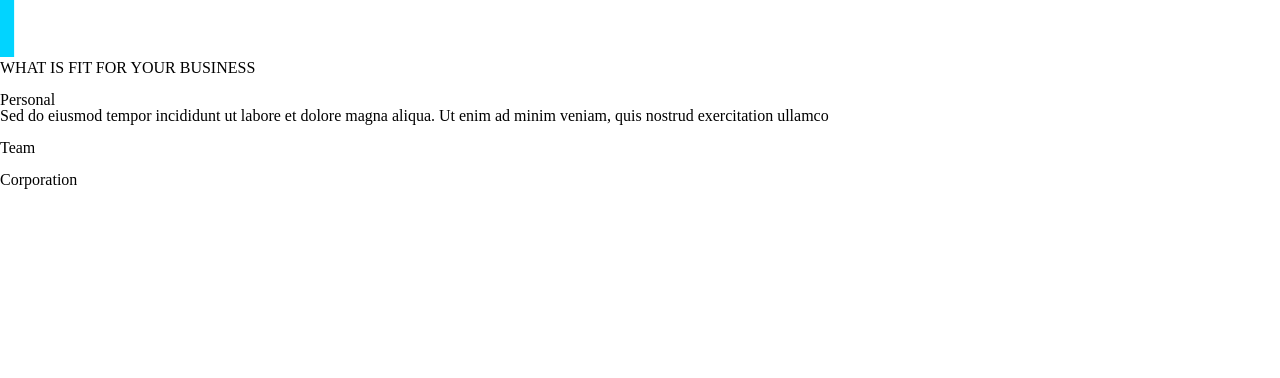
Repository: VetaWhale/team-site-test
Page: index.html
The author's editor kept a copy of each file at every save. The page is drawn from the files as they stood at one save, then again after the next save.
The browser window is 1280 px wide. The pictures show the whole page.
Some web fonts or font styles are not loaded; a fallback is used.

Above is the page before, as saved 2023-04-24 10:33:00.

After the next save:
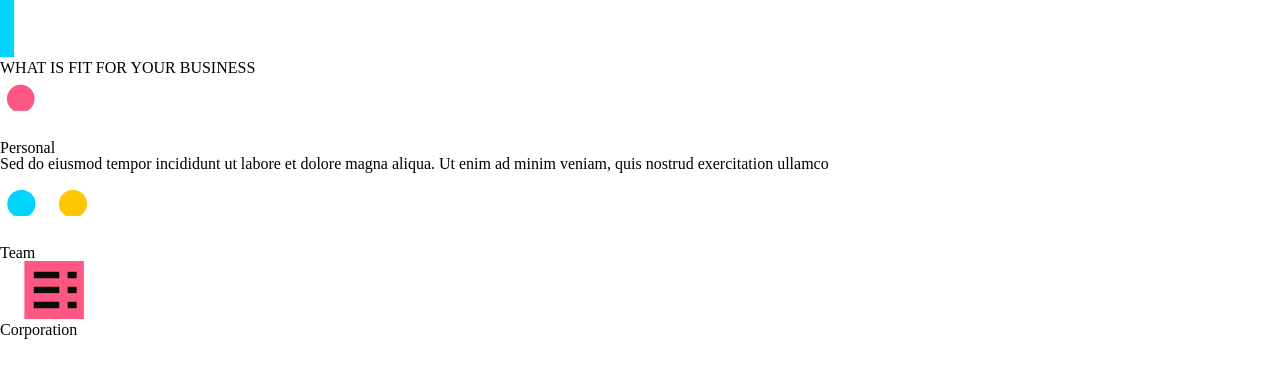
Saved 4 min 0 s later.
--- a/index.html
+++ b/index.html
@@ -22,7 +22,7 @@
                 </h2>
             </div>
             <div class="business__item">
-                <img src="" alt="" />
+                <img src="./resources/people__icon.png" alt="" />
                 <h2>Personal</h2>
                 <p>
                     Sed do eiusmod tempor incididunt ut labore et dolore magna aliqua. Ut enim ad minim veniam, quis nostrud exercitation ullamco
@@ -30,12 +30,12 @@
             </div>
 
             <div class="business__item">
-                <img src="" alt="" />
+                <img src="./resources/two_people__icon.png" alt="" />
                 <h2>Team</h2>
                 <p></p>
             </div>
             <div class="business__item">
-                <img src="" alt="" />
+                <img src="./resources/home__icon.png" alt="" />
                 <h2>Corporation</h2>
                 <p></p>
             </div>
